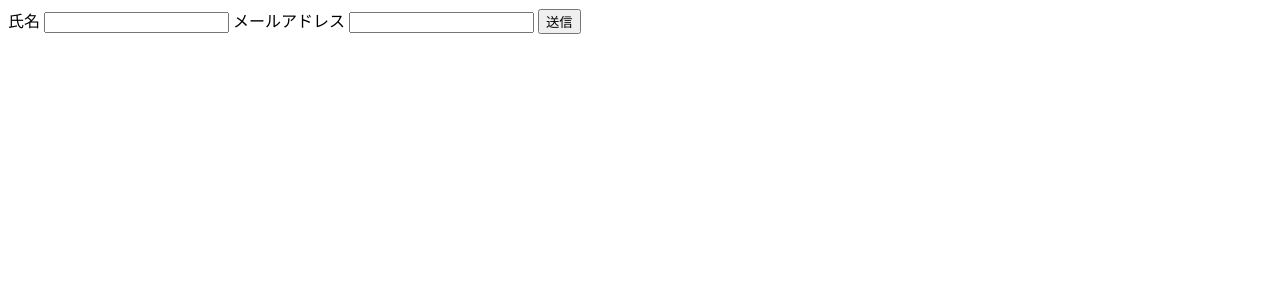
Repository: masanarimiura/20220618_miura
Page: http://localhost/
The author's editor kept a copy of each file at every save. The page is drawn from the files as they stood at one save, then again after a run of saves.
The browser window is 1280 px wide. The pictures show the whole page.
The page is served by the project's Laravel application, run on PHP 8.4 with Laravel 8. Other server files are loaded and not shown.

Above is the page before, as saved 2022-06-18 11:53:53.

### routes/web.php
<?php

use Illuminate\Support\Facades\Route;
use App\Http\Controllers\TaskController;

Route::get('/', [TaskController::class, 'index']);
Route::post('/', [TaskController::class, 'post']);

### app/Http/Controllers/TaskController.php
<?php

namespace App\Http\Controllers;

use App\Models\Customer;
use Illuminate\Http\Request;

class TaskController extends Controller
{
    public function index()
    {
        return view('index');
    }
    public function find()
    {
        return view('find', ['input' => '']);
    }
    public function search(Request $request)
    {
        $item = Author::where('name', 'LIKE',"%{$request->input}%")->first();
        $param = [
            'input' => $request->input,
            'item' => $item
        ];
        return view('find', $param);
    }
    public function bind(Author $author)
    {
        $data = [
            'item'=>$author,
        ];
        return view('author.binds', $data);
    }
    public function add()
    {
        return view('add');
    }
    public function create(Request $request)
    {
        $this->validate($request, Author::$rules);
        $form = $request->all();
        Author::create($form);
        return redirect('/');
    }
}

### resources/views/index.blade.php
<!DOCTYPE html>
<html lang="ja">

<head>
  <meta charset="UTF-8">
  <meta name="viewport" content="width=device-width, initial-scale=1.0">
  <title>top</title>
</head>

<body>
  @if (count($errors) > 0)
<ul>
  @foreach ($errors->all() as $error)
  <li>
    {{$error}}
  </li>
  @endforeach
</ul>
@endif
<form action="/" method="post">
    @csrf
        氏名
      </th>
      <td>
        <input type="text" name="name">
      </td>
    </tr>
    <tr>
      <th>
        メールアドレス
      </th>
      <td>
        <input type="email" name="email">
      </td>
    </tr>
      <input type="submit" value="送信">
  </table>
</form>
</body>
</html>

Loaded but not shown: app/Http/Controllers/Controller.php (common file)

After the next 7 saves:
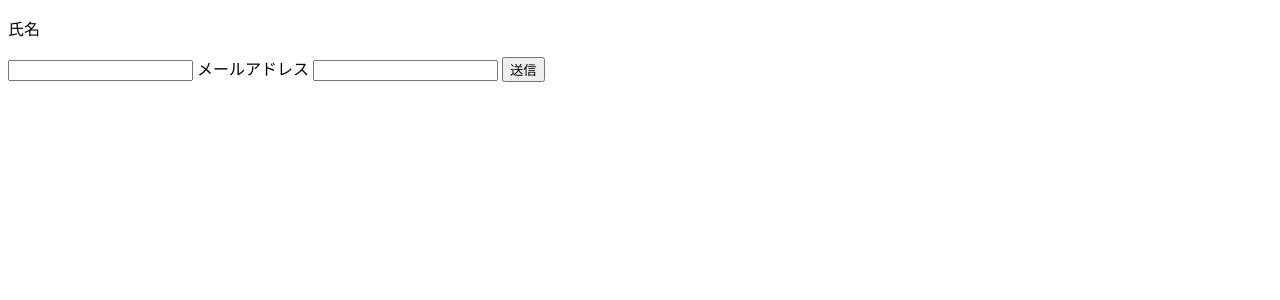
The 7 saves are shown as one change because they came seconds apart.
The last was saved 17 s later.
--- a/resources/views/index.blade.php
+++ b/resources/views/index.blade.php
@@ -19,7 +19,7 @@
 @endif
 <form action="/" method="post">
     @csrf
-        氏名
+        <p>氏名</p>
       </th>
       <td>
         <input type="text" name="name">
